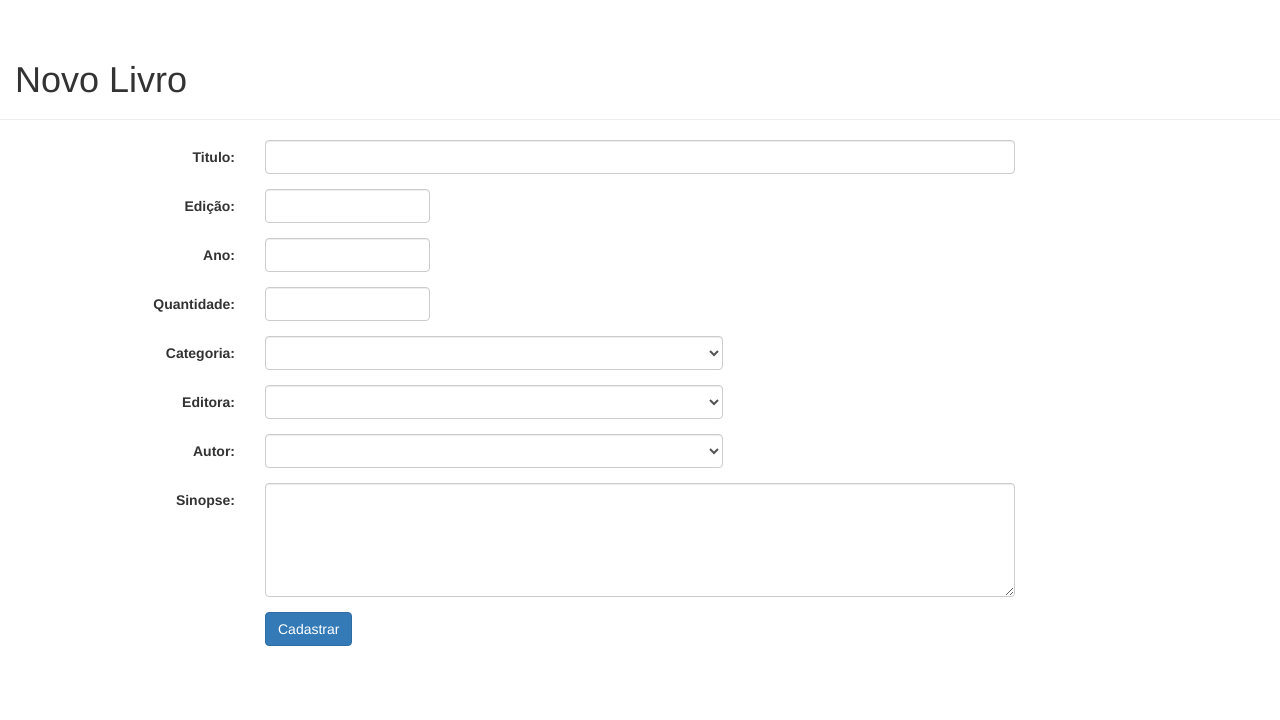
Repository: stefanyco/biblioteca
Page: http://localhost/Biblioteca/livroAdicionar.jsp
These files come from the project's save history. The page is drawn as it stood at one moment and after the next save; the edit follows.
The browser window is 1280 px wide. The pictures show the whole page.
The page is served by Tomcat 9. Other server files are loaded and not shown. Queries for data that is not in the repository find no rows.

Above is the page before, as saved 2016-11-07 22:46:15.

### Sistema Biblioteca/Biblioteca/WebContent/livroAdicionar.jsp
<%@page import="biblioteca.entities.Autor"%>
<%@page import="biblioteca.dao.AutorDAO"%>
<%@page import="biblioteca.entities.Editora"%>
<%@page import="biblioteca.dao.EditoraDAO"%>
<%@page import="biblioteca.dao.CategoriaDAO"%>
<%@page import="biblioteca.entities.Categoria"%>
<%@page import="java.util.List"%>
<%@ page language="java" contentType="text/html; charset=ISO-8859-1"
	pageEncoding="ISO-8859-1"%>
<!DOCTYPE html PUBLIC "-//W3C//DTD HTML 4.01 Transitional//EN" "http://www.w3.org/TR/html4/loose.dtd">
<html>
<head>
<meta http-equiv="Content-Type" content="text/html; charset=ISO-8859-1">
<link href="bootstrap.min.css" rel="stylesheet">
<title>*** Novo Livro ***</title>
</head>
<body>
	<div class="page-header col-md-12">
		<h1>Novo Livro</h1>
	</div>
	<div class="container">
		<div class="row">
			<div class="col-xs-12">
				<form action="livro?acao=cadastrar" class="form-horizontal" method="post">
					<div class="form-group">
						<label for="titulo" class="col-xs-2 control-label">Titulo:</label>
						<div class="col-xs-8">
							<input type="text" class="form-control" name="titulo" required maxlength="50">
						</div>
					</div>
					<div class="form-group">
						<label for="edicao" class="col-xs-2 control-label" >Edição:</label>
						<div class="col-xs-2">
							<input type="number" class="form-control" name="edicao" id="edicao">
						</div>
					</div>
					<div class="form-group">
						<label for="ano" class="col-xs-2 control-label" >Ano:</label>
						<div class="col-xs-2">
							<input type="number" class="form-control" name="ano" id="ano">
						</div>
					</div>
					<div class="form-group">
						<label for="qtd" class="col-xs-2 control-label" >Quantidade:</label>
						<div class="col-xs-2">
							<input type="number" class="form-control" name="qtd" id="qtd">
						</div>
					</div>
					<div class="form-group">
							<label for="categoria" class="col-xs-2 control-label">Categoria:</label>
							<div class="col-xs-5">
								<select class="form-control" name="idCategoria">
									<option></option>
									<%
										CategoriaDAO dao = new CategoriaDAO();
										List<Categoria> categorias = dao.listarTodos();

										for (Categoria categoria : categorias) {
									%>
									<option value="<%=categoria.getNome()%>">
										<%=categoria.getNome()%>
									</option>

									<%
										}
									%>
								</select>
							</div>
					</div>
					<div class="form-group">
						<label for="editora" class="col-xs-2 control-label">Editora:</label>
							<div class="col-xs-5">
								<select class="form-control" name="idEditora">
								<option></option>
									<%
										EditoraDAO editoraDAO = new EditoraDAO();
										List<Editora> editoras = editoraDAO.listarTodos();
										for (Editora editora : editoras){
									%>
										<option value="<%=editora.getNome()%>">
											<%=editora.getNome()%>
										</option>

									<%
										}
									%>
								</select>
							</div>
					</div>
					<div class="form-group">
						<label for="autor" class="col-xs-2 control-label">Autor:</label>
							<div class="col-xs-5">
								<select class="form-control" name="idAutor" required>
									<option></option>
									<%
										AutorDAO autorDAO = new AutorDAO();
										List<Autor> autores = autorDAO.listarTodos();
										for (Autor autor : autores){
									%>
										<option value="<%=autor.getIdAutor()%>">
											<%=autor.getNome()%> <%=autor.getSobrenome()%>
										</option>

									<%
										}
									%>
								</select>
							</div>
					</div>
					<div class="form-group">
						<label for="titulo" class="col-xs-2 control-label">Sinopse:</label>
						<div class="col-xs-8">
							<textarea rows="5" cols="5" class="form-control" name="sinopse" id="sinopse"></textarea>
						</div>
					</div>
					<div class="form-group">
						<div class="col-xs-offset-2 col-xs-10">
							<button type="submit" class="btn btn-primary">Cadastrar</button>
						</div>
					</div>
				</form>
			</div>
		</div>
	</div>
</body>
</html>

### Sistema Biblioteca/Biblioteca/src/biblioteca/dao/GenericDAO.java
package biblioteca.dao;

import java.util.List;

public interface GenericDAO <T>{

	void inserir(T obj);
	void alterar(T obj);
	void deletar(Integer id);

	List<T> listarTodos() throws Exception;
	T buscarPorId(Integer id);
	List<T> buscaLike(String param);

}

### Sistema Biblioteca/Biblioteca/src/biblioteca/dao/CategoriaDAO.java
package biblioteca.dao;

import java.sql.Connection;
import java.sql.PreparedStatement;
import java.sql.ResultSet;
import java.util.ArrayList;
import java.util.List;
import biblioteca.config.Factory;
import biblioteca.entities.Categoria;

public class CategoriaDAO implements GenericDAO<Categoria>  {

	Connection connection;

	public CategoriaDAO() throws Exception {
		this.connection = new Factory().getConnection();
	}

	@Override
	public void inserir(Categoria categoria) {
		try
		{
			String sql = "INSERT INTO TB_CATEGORIA" + "(NOME)" + " VALUES (?)";

			PreparedStatement statement = connection.prepareStatement(sql);
			statement.setString(1, categoria.getNome());

			statement.execute();
			statement.close();
		}
		catch (Exception e) {
			e.printStackTrace();
		}
	}

	@Override
	public void alterar(Categoria categoria) {
		try
		{
			String sql = "UPDATE  TB_CATEGORIA "
					+ " SET NOME = ? "
					+ " WHERE ID_CATEGORIA = ? ";

			PreparedStatement statement = connection.prepareStatement(sql);
			statement.setString(1, categoria.getNome());
			statement.setInt(2, categoria.getIdCategoria());

			statement.execute();
			statement.close();
		}
		catch (Exception e) {
			e.printStackTrace();
		}
	}

	@Override
	public void deletar(Integer id) {
		try
		{
			String sql = "DELETE FROM  TB_CATEGORIA "
					+ " WHERE ID_CATEGORIA = ?";

			PreparedStatement statement = connection.prepareStatement(sql);
			statement.setInt(1, id);

			statement.execute();
			statement.close();
		}
		catch (Exception e) {
			e.printStackTrace();
		}

	}

	@Override
	public List<Categoria> listarTodos() {
		List<Categoria> listaCategorias = new ArrayList<Categoria>();

		try
		{
			String sql = "SELECT * FROM TB_CATEGORIA";

			PreparedStatement statement = connection.prepareStatement(sql);
			ResultSet resultSet = statement.executeQuery();

			while (resultSet.next()) {
				Categoria cat = new Categoria();

				cat.setIdCategoria(resultSet.getInt("ID_CATEGORIA"));
				cat.setNome(resultSet.getString("NOME"));

				listaCategorias.add(cat);

			}

			resultSet.close();
			statement.close();

		}
		catch (Exception e) {
			e.printStackTrace();
		}
		return listaCategorias;
	}

	@Override
	public Categoria buscarPorId(Integer id) {
		Categoria cat = null;

		try
		{
			String sql = "SELECT * FROM TB_CATEGORIA "
					+ " WHERE ID_CATEGORIA = ?";

			PreparedStatement statement = connection.prepareStatement(sql);
			statement.setInt(1, id);

			ResultSet resultSet = statement.executeQuery();

			if (resultSet.next()) {
				cat = new Categoria();

				cat.setIdCategoria(resultSet.getInt("ID_CATEGORIA"));
				cat.setNome(resultSet.getString("NOME"));
			}

			statement.execute();
			statement.close();
			resultSet.close();
		}
		catch (Exception e) {
			e.printStackTrace();
		}

		return cat;
	}

	@Override
	public List<Categoria> buscaLike(String param) {
		List<Categoria> listaCategorias = new ArrayList<Categoria>();

		try
		{
			String sql = "SELECT * FROM TB_CATEGORIA "
					+ " WHERE NOME LIKE ?%";

			PreparedStatement statement = connection.prepareStatement(sql);
			statement.setString(1, param);
			ResultSet resultSet = statement.executeQuery();

			while (resultSet.next()) {
				Categoria cat = new Categoria();

				cat.setIdCategoria(resultSet.getInt("ID_CATEGORIA"));
				cat.setNome(resultSet.getString("NOME"));

				listaCategorias.add(cat);

			}

			resultSet.close();
			statement.close();

		}
		catch (Exception e) {
			e.printStackTrace();
		}
		return listaCategorias;
	}



}

### Sistema Biblioteca/Biblioteca/src/biblioteca/config/Factory.java
package biblioteca.config;


import java.sql.Connection;
import java.sql.DriverManager;
import java.sql.SQLException;

public class Factory {

	public Connection getConnection() throws SQLException, Exception{
		Class.forName("com.mysql.jdbc.Driver");

		Connection connection = DriverManager.getConnection("jdbc:mysql://localhost/DB_BIBLIOTECA", "root", "1234");
		return connection;
	}

}

### Sistema Biblioteca/Biblioteca/src/biblioteca/dao/EditoraDAO.java
package biblioteca.dao;

import java.util.ArrayList;
import java.util.List;
import java.sql.Connection;
import java.sql.PreparedStatement;
import java.sql.ResultSet;

import biblioteca.config.Factory;
import biblioteca.entities.Editora;

public class EditoraDAO implements GenericDAO<Editora> {

	Connection connection;

	public EditoraDAO() throws Exception {
		this.connection = new Factory().getConnection();
	}

	@Override
	public void inserir(Editora editora) {
		try
		{
			String sql = "INSERT INTO TB_EDITORA (NOME) VALUES (?)";

			PreparedStatement statement = connection.prepareStatement(sql);
			statement.setString(1, editora.getNome());

			statement.execute();
			statement.close();
		}
		catch (Exception e) {
			e.printStackTrace();
		}
	}

	@Override
	public void alterar(Editora editora) {
		try
		{
			String sql = "UPDATE  TB_EDITORA "
					+ " SET NOME = ? "
					+ " WHERE ID_EDITORA = ? ";

			PreparedStatement statement = connection.prepareStatement(sql);
			statement.setString(1, editora.getNome());
			statement.setInt(2, editora.getIdEditora());

			statement.execute();
			statement.close();
		}
		catch (Exception e) {
			e.printStackTrace();
		}
	}

	@Override
	public void deletar(Integer id) {
		try
		{
			String sql = "DELETE FROM  TB_EDITORA "
					+ " WHERE ID_EDITORA = ?";

			PreparedStatement statement = connection.prepareStatement(sql);
			statement.setInt(1, id);

			statement.execute();
			statement.close();
		}
		catch (Exception e) {
			e.printStackTrace();
		}

	}

	@Override
	public List<Editora> listarTodos() {
		List<Editora> listaEditoras = new ArrayList<Editora>();

		try
		{
			String sql = "SELECT * FROM TB_EDITORA";

			PreparedStatement statement = connection.prepareStatement(sql);
			ResultSet resultSet = statement.executeQuery();

			while (resultSet.next()) {
				Editora ed = new Editora();

				ed.setIdEditora(resultSet.getInt("ID_EDITORA"));
				ed.setNome(resultSet.getString("NOME"));

				listaEditoras.add(ed);

			}

			resultSet.close();
			statement.close();

		}
		catch (Exception e) {
			e.printStackTrace();
		}
		return listaEditoras;
	}

	@Override
	public Editora buscarPorId(Integer id) {
		Editora ed = null;

		try
		{
			String sql = "SELECT * FROM TB_EDITORA "
					+ " WHERE ID_EDITORA = ?";

			PreparedStatement statement = connection.prepareStatement(sql);
			statement.setInt(1, id);

			ResultSet resultSet = statement.executeQuery();

			if (resultSet.next()) {
				ed = new Editora();

				ed.setIdEditora(resultSet.getInt("ID_EDITORA"));
				ed.setNome(resultSet.getString("NOME"));
			}

			statement.execute();
			statement.close();
			resultSet.close();
		}
		catch (Exception e) {
			e.printStackTrace();
		}

		return ed;
	}

	@Override
	public List<Editora> buscaLike(String param) {
		List<Editora> listaEditoras = new ArrayList<Editora>();

		try
		{
			String sql = "SELECT * FROM TB_EDITORA "
					+ " WHERE NOME LIKE '%?%' ";

			PreparedStatement statement = connection.prepareStatement(sql);
			statement.setString(1, param);
			ResultSet resultSet = statement.executeQuery();

			while (resultSet.next()) {
				Editora ed = new Editora();

				ed.setIdEditora(resultSet.getInt("ID_EDITORA"));
				ed.setNome(resultSet.getString("NOME"));

				listaEditoras.add(ed);

			}

			resultSet.close();
			statement.close();

		}
		catch (Exception e) {
			e.printStackTrace();
		}
		return listaEditoras;
	}



}

### Sistema Biblioteca/Biblioteca/src/biblioteca/dao/AutorDAO.java
package biblioteca.dao;

import java.util.List;

import java.sql.Connection;
import java.sql.PreparedStatement;
import java.sql.ResultSet;
import java.util.ArrayList;
import java.util.List;
import biblioteca.config.Factory;
import biblioteca.entities.Autor;

public class AutorDAO implements GenericDAO<Autor>{

	Connection connection;

	public AutorDAO() throws Exception {
		this.connection = new Factory().getConnection();
	}

	@Override
	public void inserir(Autor autor) {
		try
		{
			String sql = "INSERT INTO TB_AUTOR " + "(NOME, SOBRENOME)" +
					"VALUES (?,?)";

			PreparedStatement statement = connection.prepareStatement(sql);
			statement.setString(1, autor.getNome());
			statement.setString(2, autor.getSobrenome());

			statement.execute();
			statement.close();
		}
		catch (Exception e) {
			e.printStackTrace();
		}
	}

	@Override
	public void alterar(Autor autor) {
		try
		{

		    String sql = "UPDATE TB_AUTOR SET NOME=?, SOBRENOME=? WHERE ID_AUTOR= ?";


			PreparedStatement statement = connection.prepareStatement(sql);

			statement.setString(1, autor.getNome());
			statement.setString(2, autor.getSobrenome());
			statement.setInt(3, autor.getIdAutor());

			statement.execute();
			statement.close();
		}
		catch (Exception e) {
			e.printStackTrace();
		}
	}


	@Override
	public void deletar(Integer id) {
		try
		{
			String sql = "DELETE FROM  TB_AUTOR "
					+ " WHERE ID_AUTOR= ?";

			PreparedStatement statement = connection.prepareStatement(sql);
			statement.setInt(1, id);

			statement.execute();
			statement.close();
		}
		catch (Exception e) {
			e.printStackTrace();
		}

	}

	@Override
	public List<Autor> listarTodos() {
		List<Autor> listaAutor = new ArrayList<Autor>();

		try
		{
			String sql = "SELECT * FROM TB_AUTOR";

			PreparedStatement statement = connection.prepareStatement(sql);
			ResultSet resultSet = statement.executeQuery();

			while (resultSet.next()) {
				Autor autor = new Autor();

				autor.setIdAutor(resultSet.getInt("ID_AUTOR"));
				autor.setNome(resultSet.getString("NOME"));
				autor.setSobrenome(resultSet.getString("SOBRENOME"));

				listaAutor.add(autor);

			}

			resultSet.close();
			statement.close();

		}
		catch (Exception e) {
			e.printStackTrace();
		}
		return listaAutor;
	}

	@Override
	public Autor buscarPorId(Integer id) {
		Autor autor = null;

		try
		{
			String sql = "SELECT * FROM TB_AUTOR "
					+ " WHERE ID_AUTOR = ?";

			PreparedStatement statement = connection.prepareStatement(sql);
			statement.setInt(1, id);

			ResultSet resultSet = statement.executeQuery();

			if (resultSet.next()) {
				autor = new Autor();

				autor.setIdAutor(resultSet.getInt("ID_AUTOR"));
				autor.setNome(resultSet.getString("NOME"));
				autor.setSobrenome(resultSet.getString("SOBRENOME"));

			}

			statement.execute();
			statement.close();
			resultSet.close();
		}
		catch (Exception e) {
			e.printStackTrace();
		}

		return autor;
	}

	@Override
	public List<Autor> buscaLike(String param) {
		List<Autor> listaAutor = new ArrayList<Autor>();

		try
		{
			String sql = "SELECT * FROM TB_AUTOR "
					+ " WHERE NOME LIKE ?%";

			PreparedStatement statement = connection.prepareStatement(sql);
			statement.setString(1, param);
			ResultSet resultSet = statement.executeQuery();

			while (resultSet.next()) {
				Autor autor = new Autor();

				autor.setIdAutor(resultSet.getInt("ID_AUTOR"));
				autor.setNome(resultSet.getString("NOME"));
				autor.setSobrenome(resultSet.getString("SOBRENOME"));

				listaAutor.add(autor);

			}

			resultSet.close();
			statement.close();

		}
		catch (Exception e) {
			e.printStackTrace();
		}
		return listaAutor;
	}



}

Loaded but not shown: Sistema Biblioteca/Biblioteca/WebContent/bootstrap.min.css (library)

After the next save:
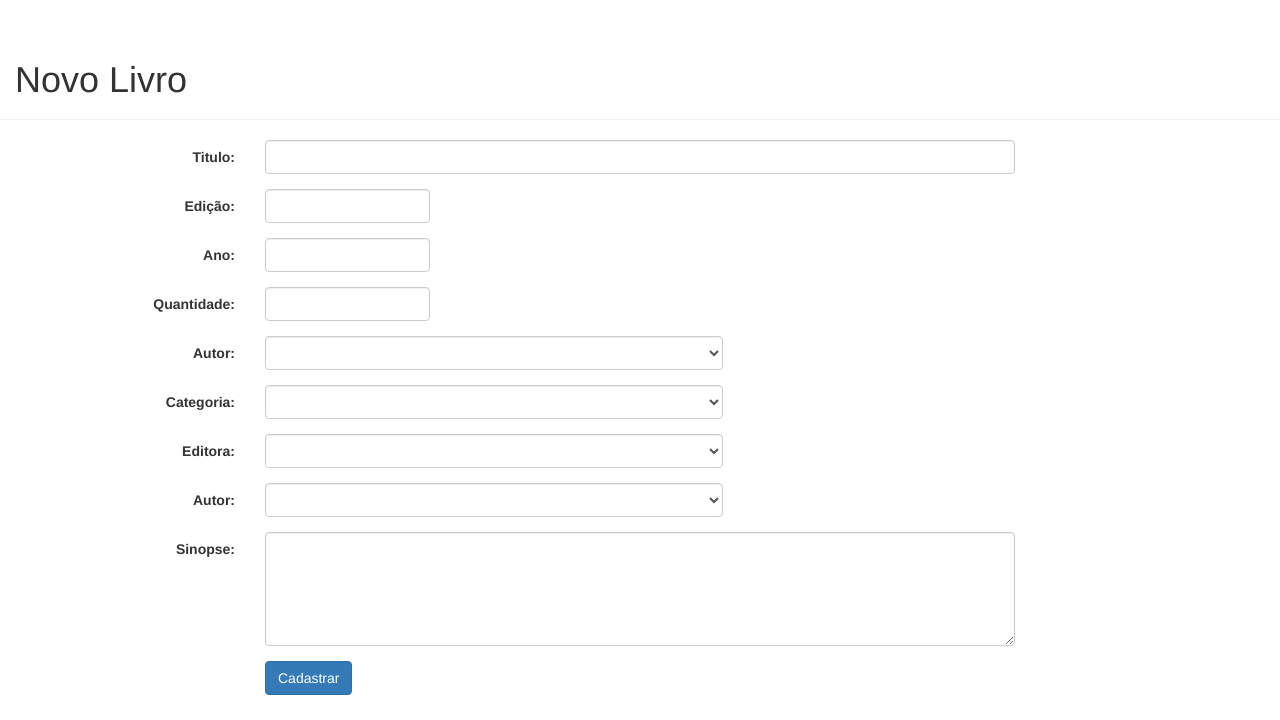
Saved 2 min 29 s later.
--- a/Sistema Biblioteca/Biblioteca/WebContent/livroAdicionar.jsp
+++ b/Sistema Biblioteca/Biblioteca/WebContent/livroAdicionar.jsp
@@ -45,6 +45,14 @@
 						<div class="col-xs-2">
 							<input type="number" class="form-control" name="qtd" id="qtd">
 						</div>
+					</div>
+					<div class="form-group">
+						<label for="autor" class="col-xs-2 control-label">Autor:</label>
+							<div class="col-xs-5">
+								<select class="form-control" name="idAutor" required>
+									<option></option>
+								</select>
+							</div>
 					</div>
 					<div class="form-group">
 							<label for="categoria" class="col-xs-2 control-label">Categoria:</label>
